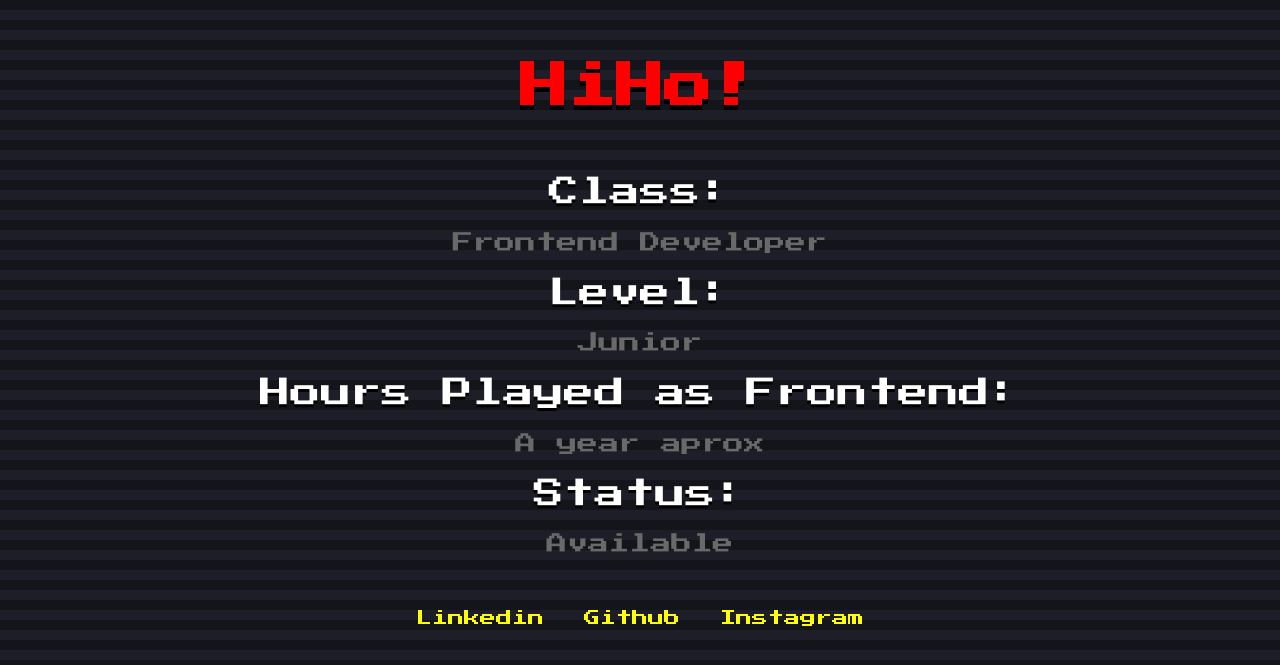
Repository: sernalab/soon
Page: index.html
The author's editor kept a copy of each file at every save. The page is drawn from the files as they stood at one save, then again after the next save.
The browser window is 1280 px wide. The pictures show the whole page.

Above is the page before, as saved 2018-12-27 01:05:03.

After the next save:
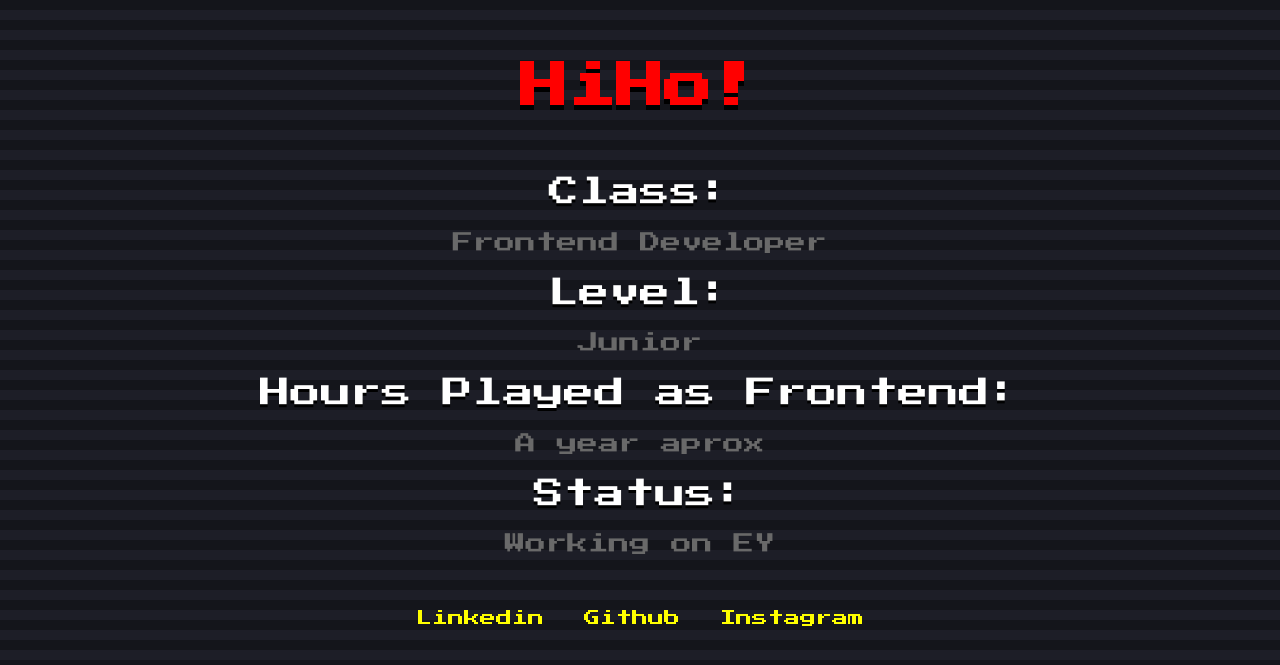
Saved 32 days later.
--- a/index.html
+++ b/index.html
@@ -5,7 +5,7 @@
     <meta charset="UTF-8">
     <meta name="viewport" content="width=device-width, initial-scale=1.0">
     <meta http-equiv="X-UA-Compatible" content="ie=edge">
-    <title>👾</title>
+    <title>👨🏻‍💻</title>
     <link rel="icon" type="image/png" href="./favicon.png">
     <link rel="stylesheet" href="css/styles.css">
     <link href="https://fonts.googleapis.com/css?family=Press+Start+2P" rel="stylesheet">
@@ -22,8 +22,7 @@
         <span>Hours Played as Frontend:</span>
         <p>A year aprox</p>
         <span>Status:</span>
-        <p>Available</p>
-        <!-- 14151b 1d1e27-->
+        <p>Working on EY</p>
         <footer>
             <ul>
                 <li><a href="https://www.linkedin.com/in/carles-serna-uroz-2b23a76a/">Linkedin <a/></li>
@@ -34,8 +33,17 @@
     </main>
 </body>
 
+<script async src="https://www.googletagmanager.com/gtag/js?id=UA-131433806-1"></script>
 <script>
-    // google analitycs
+    window.dataLayer = window.dataLayer || [];
+
+    function gtag() {
+        dataLayer.push(arguments);
+    }
+    gtag('js', new Date());
+
+    gtag('config', 'UA-131433806-1');
 </script>
 
+
 </html>
